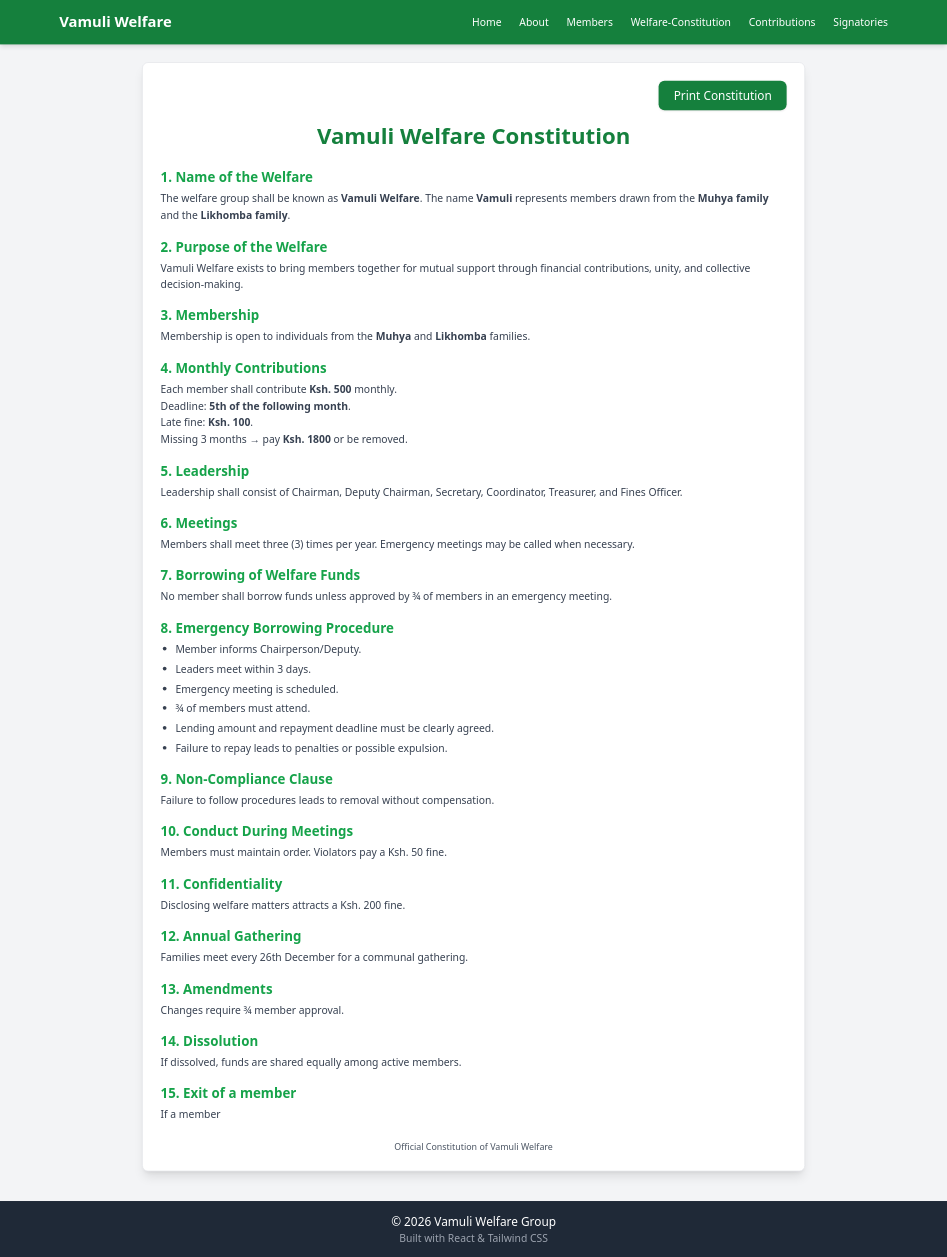
Repository: Engineer-collo/Vamuli-welfare
Page: /constitution
These files come from the project's save history. The page is drawn as it stood at one moment and after the next save; the edit follows.
The browser window is 1280 px wide. The pictures show the whole page, at 74% of full size.
The project was rebuilt for these pictures with package versions that can differ from the ones it lists, and the page was loaded fresh each time. Also part of the build but not shown: vite.config.js, src/pages/contributionsData.js, src/pages/Home.jsx, src/pages/Members.jsx, src/pages/ContributionsTable.jsx, src/pages/About.jsx, src/pages/Signatories.jsx.

Above is the page before, as saved 2026-04-02 15:35:34.

### index.html
<!doctype html>
<html lang="en">
  <head>
    <meta charset="UTF-8" />
    <link rel="icon" type="image/svg+xml" href="/favicon.svg" />
    <meta name="viewport" content="width=device-width, initial-scale=1.0" />
    <title>vamuli-welfare</title>
  </head>
  <body>
    <div id="root"></div>
    <script type="module" src="/src/main.jsx"></script>
  </body>
</html>

### src/App.jsx
import { BrowserRouter as Router, Routes, Route } from "react-router-dom";

import Navbar from "./components/Navbar";
import Footer from "./components/Footer";

import Home from "./pages/Home";
import Members from "./pages/Members";
import ContributionsTable from "./pages/ContributionsTable";
import WelfareConstituion from "./pages/WelfareConstituion";
import About from "./pages/About";
import Signatories from "./pages/Signatories";

function App() {
  return (
    <Router>
      <div className="bg-gray-100 min-h-screen">

        <Navbar />

        <Routes>
          <Route path="/" element={<Home />} />
          <Route path="/members" element={<Members />} />
          <Route path="/contributions" element={<ContributionsTable />} />
          <Route path="/about" element={<About />} />
          <Route path="/constitution" element={<WelfareConstituion/>} />
          <Route path="/signatories" element={<Signatories/>} />


        </Routes>

        <Footer />

      </div>
    </Router>
  );
}

export default App;

### src/components/Navbar.jsx
import { Link } from "react-router-dom";
import { useState } from "react";

function Navbar() {
  const [menuOpen, setMenuOpen] = useState(false);

  return (
    <nav className="bg-green-700 text-white shadow-md">
      <div className="max-w-6xl mx-auto flex justify-between items-center p-4">

        {/* Logo */}
        <h1 className="text-xl font-bold">
          <Link to="/">Vamuli Welfare</Link>
        </h1>

        {/* Desktop Menu */}
        <ul className="hidden md:flex gap-6 text-sm">
          <li>
            <Link to="/" className="hover:text-gray-200">Home</Link>
          </li>

          <li>
            <Link to="/about" className="hover:text-gray-200">About</Link>
          </li>

          <li>
            <Link to="/members" className="hover:text-gray-200">Members</Link>
          </li>

          <li>
            <Link to="/constitution" className="hover:text-gray-200">
              Welfare-Constitution
            </Link>
          </li>

          <li>
            <Link to="/contributions" className="hover:text-gray-200">
              Contributions
            </Link>
          </li>

          <li>
            <Link to="/signatories" className="hover:text-gray-200">
              Signatories
            </Link>
          </li>

        </ul>

        {/* Mobile Menu Button */}
        <button
          className="md:hidden text-white text-2xl"
          onClick={() => setMenuOpen(!menuOpen)}
        >
          ☰
        </button>
      </div>

      {/* Mobile Menu */}
      {menuOpen && (
        <div className="md:hidden bg-green-600">
          <ul className="flex flex-col items-center gap-4 py-4 text-sm">

            <li>
              <Link to="/" onClick={() => setMenuOpen(false)}>
                Home
              </Link>
            </li>

            <li>
              <Link to="/about" onClick={() => setMenuOpen(false)}>
                About
              </Link>
            </li>

            <li>
              <Link to="/members" onClick={() => setMenuOpen(false)}>
                Members
              </Link>
            </li>

            <li>
              <Link to="/constitution" onClick={() => setMenuOpen(false)}>
                Welfare-Constitution
              </Link>
            </li>

            <li>
              <Link to="/contributions" onClick={() => setMenuOpen(false)}>
                Contributions
              </Link>
            </li>

            <li>
              <Link to="/signatories" onClick={() => setMenuOpen(false)}>
                Signatories
              </Link>
            </li>


          </ul>
        </div>
      )}
    </nav>
  );
}

export default Navbar;

### src/components/Footer.jsx
import React from "react";

function Footer() {
  return (
    <footer className="bg-gray-800 text-white mt-10">
      <div className="max-w-6xl mx-auto text-center p-4">
        <p>© 2026 Vamuli Welfare Group</p>
        <p className="text-sm text-gray-400">
          Built with React & Tailwind CSS
        </p>
      </div>
    </footer>
  );
}

export default Footer;

### src/pages/WelfareConstituion.jsx
import React from "react";

function Constitution() {
  const handlePrint = () => {
    window.print();
  };

  const sections = [
    {
      title: "Name of the Welfare",
      content: (
        <>
          The welfare group shall be known as{" "}
          <span className="font-semibold">Vamuli Welfare</span>. The name{" "}
          <span className="font-semibold">Vamuli</span> represents members drawn
          from the <span className="font-semibold">Muhya family</span> and the{" "}
          <span className="font-semibold">Likhomba family</span>.
        </>
      ),
    },
    {
      title: "Purpose of the Welfare",
      content:
        "Vamuli Welfare exists to bring members together for mutual support through financial contributions, unity, and collective decision-making.",
    },
    {
      title: "Membership",
      content: (
        <>
          Membership is open to individuals from the{" "}
          <span className="font-semibold">Muhya</span> and{" "}
          <span className="font-semibold">Likhomba</span> families.
        </>
      ),
    },
    {
      title: "Monthly Contributions",
      content: (
        <>
          Each member shall contribute{" "}
          <span className="font-semibold">Ksh. 500</span> monthly.
          <br />
          Deadline: <span className="font-semibold">5th of the following month</span>.
          <br />
          Late fine: <span className="font-semibold">Ksh. 100</span>.
          <br />
          Missing 3 months → pay{" "}
          <span className="font-semibold">Ksh. 1800</span> or be removed.
        </>
      ),
    },
    {
      title: "Leadership",
      content:
        "Leadership shall consist of Chairman, Deputy Chairman, Secretary, Coordinator, Treasurer, and Fines Officer.",
    },
    {
      title: "Meetings",
      content:
        "Members shall meet three (3) times per year. Emergency meetings may be called when necessary.",
    },
    {
      title: "Borrowing of Welfare Funds",
      content:
        "No member shall borrow funds unless approved by ¾ of members in an emergency meeting.",
    },
    {
      title: "Emergency Borrowing Procedure",
      content: (
        <>
          <ul className="list-disc ml-5 space-y-1">
            <li>Member informs Chairperson/Deputy.</li>
            <li>Leaders meet within 3 days.</li>
            <li>Emergency meeting is scheduled.</li>
            <li>¾ of members must attend.</li>
            <li>
              Lending amount and repayment deadline must be clearly agreed.
            </li>
            <li>
              Failure to repay leads to penalties or possible expulsion.
            </li>
          </ul>
        </>
      ),
    },
    {
      title: "Non-Compliance Clause",
      content:
        "Failure to follow procedures leads to removal without compensation.",
    },
    {
      title: "Conduct During Meetings",
      content:
        "Members must maintain order. Violators pay a Ksh. 50 fine.",
    },
    {
      title: "Confidentiality",
      content:
        "Disclosing welfare matters attracts a Ksh. 200 fine.",
    },
    {
      title: "Annual Gathering",
      content:
        "Families meet every 26th December for a communal gathering.",
    },
    {
      title: "Amendments",
      content: "Changes require ¾ member approval.",
    },
    {
      title: "Dissolution",
      content:
        "If dissolved, funds are shared equally among active members.",
    },
    {
      title: "Exit of a member",
      content:
        "If a member ",
    },
  ];

  return (
    <div className="max-w-4xl mx-auto mt-6 bg-white shadow-lg rounded-lg p-6 border
                    print:shadow-none print:border-none print:p-4 print:mt-0 print:max-w-full
                    print:text-sm print:leading-relaxed">

      {/* Print Button */}
      <div className="flex justify-end mb-4 print:hidden">
        <button
          onClick={handlePrint}
          className="bg-green-700 text-white px-5 py-2 rounded-lg shadow hover:bg-green-800"
        >
          Print Constitution
        </button>
      </div>

      <h1 className="text-3xl font-bold text-center text-green-700 mb-6 print:text-2xl">
        Vamuli Welfare Constitution
      </h1>

      {/* Sections */}
      {sections.map((section, i) => (
        <section key={i} className="mb-4 break-inside-avoid">
          <h2 className="text-lg font-semibold text-green-600 mb-1">
            {i + 1}. {section.title}
          </h2>
          <p className="text-gray-700 text-sm leading-relaxed">
            {section.content}
          </p>
        </section>
      ))}

      {/* Footer */}
      <p className="mt-6 text-xs text-gray-600 text-center">
        Official Constitution of Vamuli Welfare
      </p>

      {/* Print Styles */}
      <style>
        {`
          @media print {
            @page {
              size: A4;
              margin: 15mm;
            }

            body {
              -webkit-print-color-adjust: exact;
            }

            section {
              page-break-inside: avoid;
            }
          }
        `}
      </style>
    </div>
  );
}

export default Constitution;

### tailwind.config.js
/** @type {import('tailwindcss').Config} */
module.exports = {
  content: [
    "./index.html",
    "./src/**/*.{js,jsx}"
  ],
  theme: {
    extend: {},
  },
  plugins: [],
};

Loaded but not shown: src/main.jsx (common file); src/index.css (common file)

After the next save:
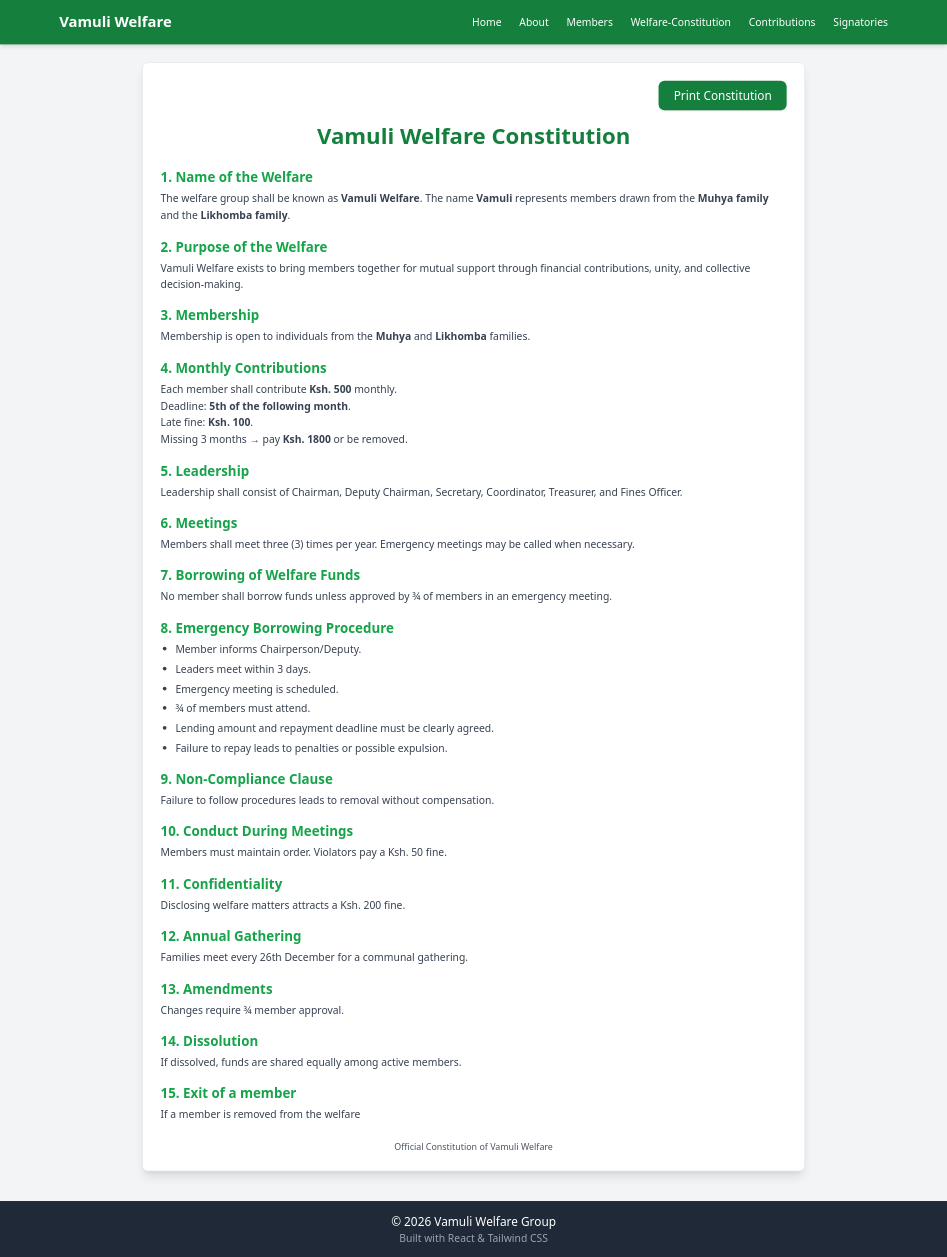
Saved 12 s later.
--- a/src/pages/WelfareConstituion.jsx
+++ b/src/pages/WelfareConstituion.jsx
@@ -115,7 +115,7 @@
     {
       title: "Exit of a member",
       content:
-        "If a member ",
+        "If a member is removed from the welfare ",
     },
   ];
 
